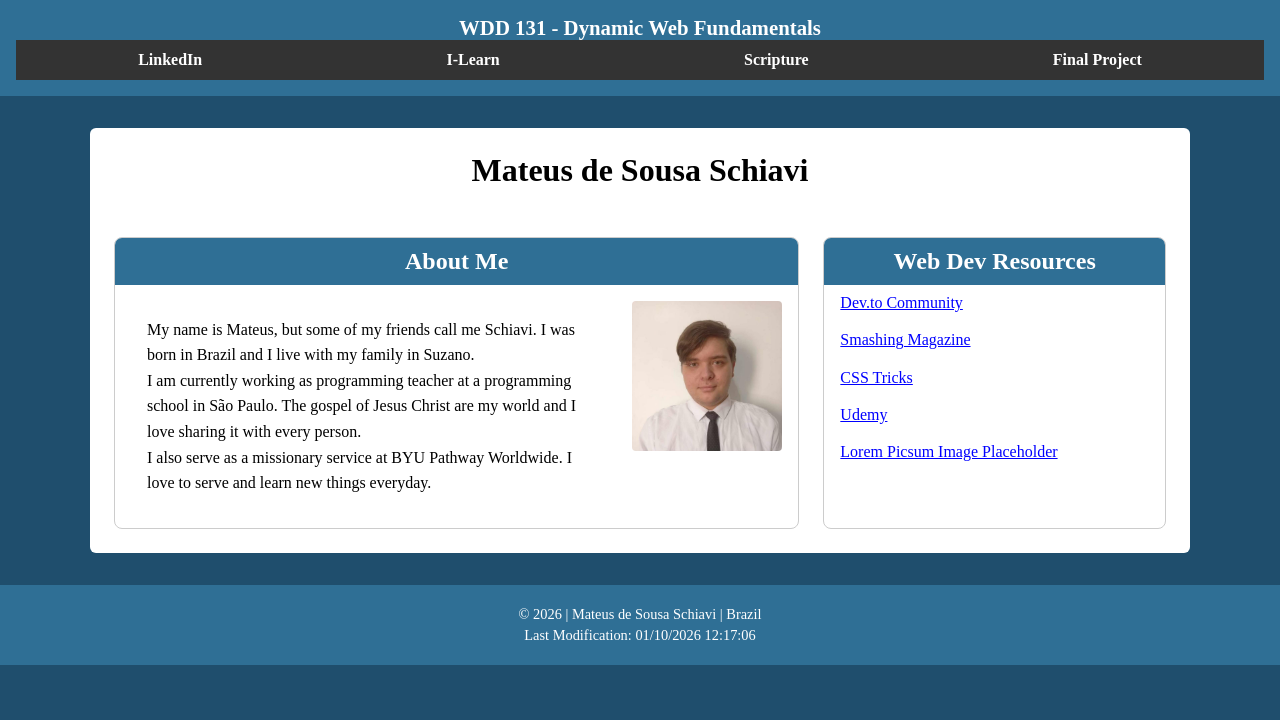
Repository: mateus-schiavi/wdd131
Page: index.html
These files come from the project's save history. The page is drawn as it stood at one moment and after the next save; the edit follows.
The browser window is 1280 px wide. The pictures show the whole page.
Some web fonts or font styles are not loaded; a fallback is used.

Above is the page before, as saved 2026-01-10 17:12:34.

After the next save:
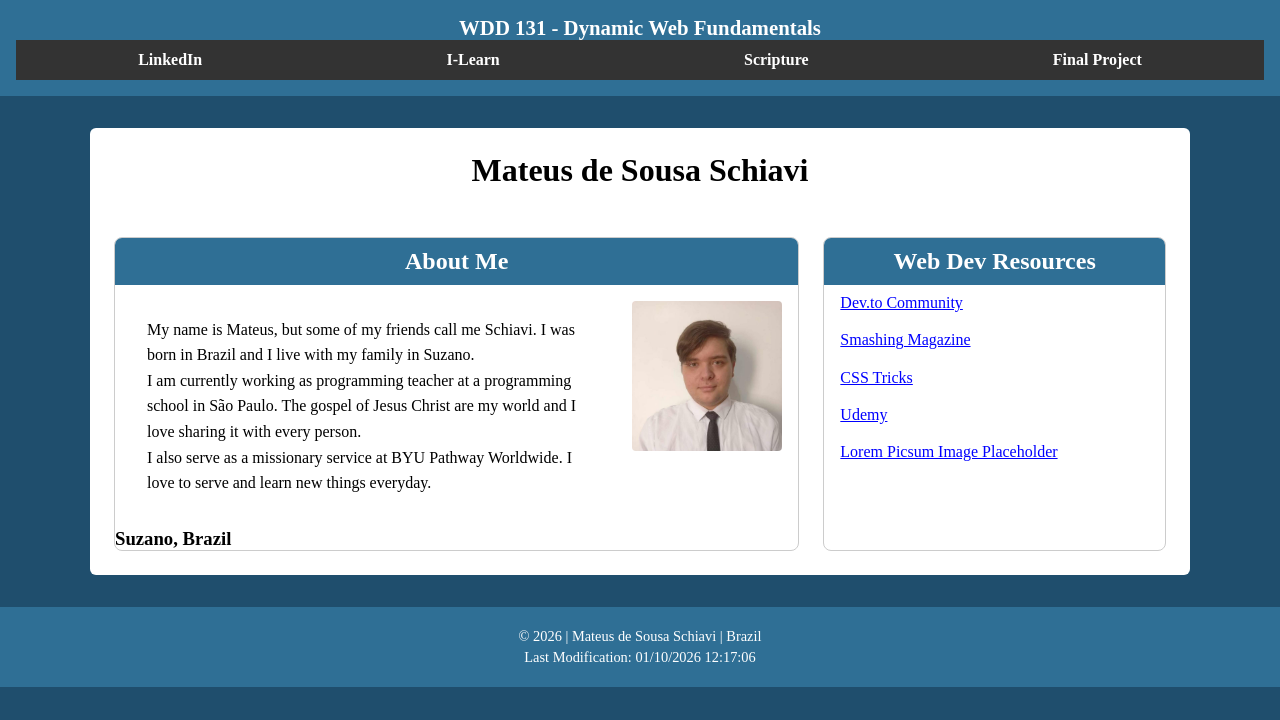
Saved 117 s later.
--- a/index.html
+++ b/index.html
@@ -43,7 +43,9 @@
                 </p>
                 <img src="./images/profile.jpg" alt="profile picture">
             </div>
-
+            <div class="country">
+                <h3>Suzano, Brazil</h3>
+            </div>
         </section>
         <section class="card">
             <h2>Web Dev Resources</h2>
